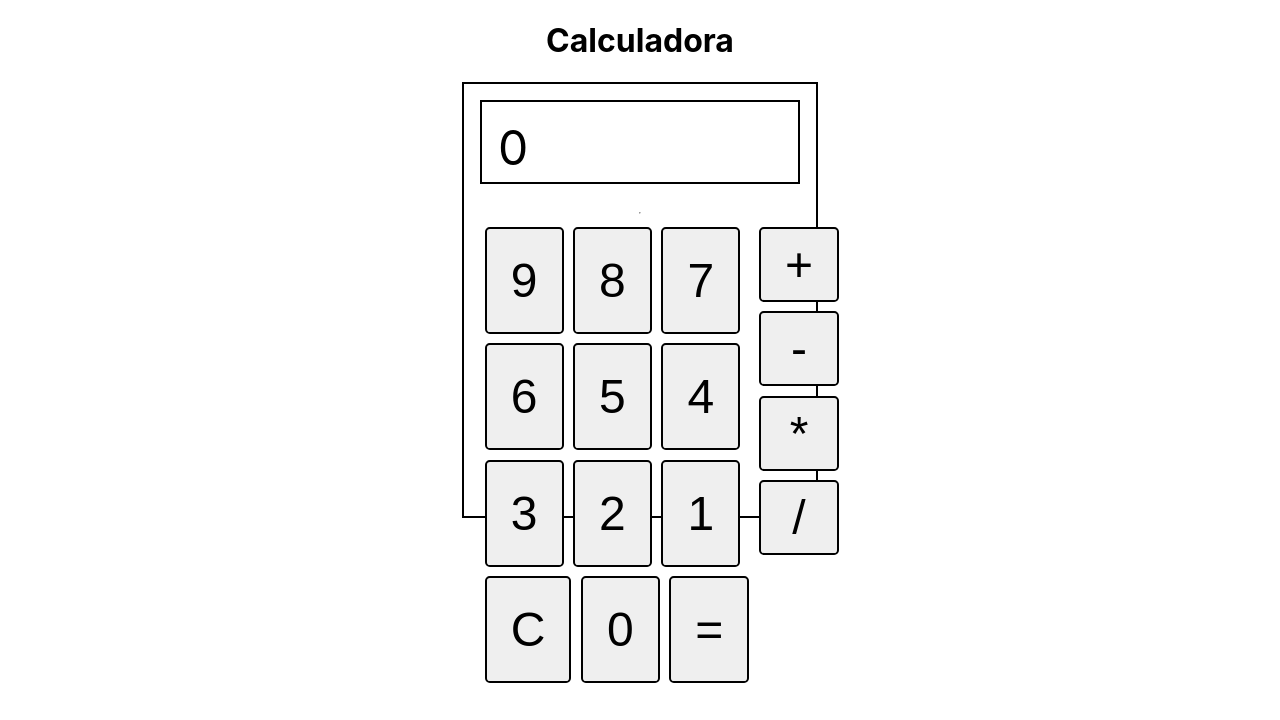
Repository: yamaka/curso-react-febrero-2022
Page: /
The author's editor kept a copy of each file at every save. The page is drawn from the files as they stood at one save, then again after the next save.
The browser window is 1280 px wide. The pictures show the whole page.
The project was rebuilt for these pictures with package versions that can differ from the ones it lists, and the page was loaded fresh each time. Also part of the build but not shown: src/App.css, src/components/Zanahoria/Zanahoria.css, src/components/Zanahoria/Zanahoria.js, src/components/Zanahorias/Zanahorias.js, src/components/Lechuga/Lechuga.css, src/components/Lechuga/Lechuga.js, src/components/Calculadora/Calculadora.css, src/components/Calculadora/Calculadora.js and 3 more.

Above is the page before, as saved 2022-03-02 19:19:40.

### src/index.js
import React from 'react';
import ReactDOM from 'react-dom';
import './index.css';
import App from './App';
import reportWebVitals from './reportWebVitals';

ReactDOM.render(
  <React.StrictMode>
    <App />
  </React.StrictMode>,
  document.getElementById('root')
);

// If you want to start measuring performance in your app, pass a function
// to log results (for example: reportWebVitals(console.log))
// or send to an analytics endpoint. Learn more: https://bit.ly/CRA-vitals
reportWebVitals();

### src/App.js
import logo from './logo.svg';
import './App.css';
import Zanahorias from './components/Zanahorias/Zanahorias';
import Lechuga from './components/Lechuga/Lechuga';
import Calculadora from './components/Calculadora/Calculadora';
import CiclosVida from './components/CiclosVida/CiclosVida';
import CalculadoraHooks from './hooks/Calculadora/Calculadora'

function App() {
  return (
    <div style={{
      display: 'flex',
      flexDirection: 'column',
      justifyContent: 'center',
      alignItems: 'center'
    }}>
      {/* componentes sin estado  */}
      {/* <h1>Componentes sin estado  funcionales</h1>
      <h2>Verduleria</h2>
      <Zanahorias titulo={"zanahorias super economicas"} cantidad={3} />  */}
        {/* hacer lo mismo con lechugas */}
      {/* componentes con estado */}
      {/* <h1>componentes con estado como clase</h1>
      <Calculadora/> */}
      {/* <CiclosVida/> */}
      <CalculadoraHooks/>
    </div>
  );
}

export default App;

### src/hooks/Calculadora/Calculadora.js
//componentes como funcionales con estado
import React, { useState } from "react";
import Input from "../components/Input/Input";
import BotonNumerico from "../components/BotonNumerico/BotonNumerico";
import BotonOperacion from "../components/BotonOperacion/BotonOperacion";
import BotonIgual from "../components/BotonIgual/BotonIgual";
import BotonRefrescar from "../components/BotonRefrescar/BotonRefrescar";

import "./Calculadora.css";

const Calculadora = () => {
  const [display, setDisplay] = useState("0");
  const [operandoA, setOperandoA] = useState(0);
  const [operandoB, setOperandoB] = useState(0);
  const [operacion, setOperacion] = useState("+");

  //   se puede tambien con objetos
  //   const [calculadora, setCalculadora] = useState({
  //     display: "0",
  //     operandoA: 0,
  //     operandoB: 0,
  //     operacion: "+",
  //   });

  //   setCalculadora({ ...calculadora, ...{ display: "0" } });

  const onPressNumerico = (numero) => {
    if (operandoA == 0) {
      setOperandoA(numero);
      setDisplay(numero);
    } else {
      setOperandoB(numero);
      setDisplay(display + numero);
    }
  };

  const onPressOperacion = (operacion) => {
    setOperacion(operacion);
    setDisplay(display + operacion);
  };

  const calcular = () => {
    switch (operacion) {
      case "+":
        setDisplay((parseInt(operandoA) + parseInt(operandoB)).toString());
    }
  };

  return (
    <div className="container">
      <h1>Calculadora</h1>
      <div className="calculadora-container">
        <Input value={display} />
        <br />
        <hr />
        <div
          style={{
            display: "flex",
            flex: 1,
            flexDirection: "row",
            justifyContent: "space-around",
          }}
        >
          <div style={{ display: "flex", flexDirection: "column" }}>
            <div style={{ display: "flex", flexDirection: "row" }}>
              <BotonNumerico value="9" onPress={onPressNumerico} />
              <BotonNumerico value="8" onPress={onPressNumerico} />
              <BotonNumerico value="7" onPress={onPressNumerico} />
            </div>
            <div style={{ display: "flex", flexDirection: "row" }}>
              <BotonNumerico value="6" onPress={onPressNumerico} />
              <BotonNumerico value="5" onPress={onPressNumerico} />
              <BotonNumerico value="4" onPress={onPressNumerico} />
            </div>
            <div style={{ display: "flex", flexDirection: "row" }}>
              <BotonNumerico value="3" onPress={onPressNumerico} />
              <BotonNumerico value="2" onPress={onPressNumerico} />
              <BotonNumerico value="1" onPress={onPressNumerico} />
            </div>
            <div style={{ display: "flex", flexDirection: "row" }}>
              <BotonRefrescar value="C" onPress={onPressNumerico} />
              <BotonNumerico value="0" onPress={onPressNumerico} />
              <BotonIgual onPress={calcular} />
            </div>
          </div>
          <div style={{ display: "flex", flexDirection: "column" }}>
            <BotonOperacion operator="+" onPress={onPressOperacion} />
            <BotonOperacion operator="-" onPress={onPressOperacion} />
            <BotonOperacion operator="*" onPress={onPressOperacion} />
            <BotonOperacion operator="/" onPress={onPressOperacion} />
          </div>
        </div>
      </div>
    </div>
  );
};

export default Calculadora;

### src/hooks/components/Input/Input.js
import React from 'react'
import './Input.css'
//tarea que los numeros introduciodps vayan a la derecha

const Input = ({value}) => {
  return (
    <div className='input-container'><span>{value}</span></div>
  )
}

export default Input

### src/hooks/components/BotonNumerico/BotonNumerico.js
import React from 'react'
import './BotonNumerico.css';
const BotonNumerico = ({value, onPress}) => {
  return (
    <button className='boton-numerico' onClick={()=>onPress(value)}>{value}</button>
  )
}

export default BotonNumerico

### src/hooks/components/BotonOperacion/BotonOperacion.js
import React from "react";
import "./BotonOperacion.css";

const BotonOperacion = ({ operator, onPress }) => {
  return (
    <button className="boton-operacion" onClick={() => onPress(operator)}>
      {operator}
    </button>
  );
};

export default BotonOperacion;

### src/hooks/components/BotonIgual/BotonIgual.js
import React from "react";

const BotonIgual = ({ onPress }) => {
  return (
    <button className="boton-numerico" onClick={() => onPress()}>
      =
    </button>
  );
};

export default BotonIgual;

### src/hooks/components/BotonRefrescar/BotonRefrescar.js
import React from "react";

function BotonRefrescar({ value, onPress }) {
  return (
    <button className="boton-numerico" onClick={() => onPress(value)}>
      {value}
    </button>
  );
}

export default BotonRefrescar;

### src/hooks/Calculadora/Calculadora.css
.container {
  display: flex;
  flex: 1;
  flex-direction: column;
  align-items: center;
}
.calculadora-container {
  padding: 1rem;
  border: solid 1px;
  border-width: 2px;
  display: flex;
  flex-direction: column;
  width: 20rem;
  height: 25rem;
}

### src/hooks/components/Input/Input.css
.input-container{
    border: solid 1px;
    border-width: 2px;
    height: 3rem;
    font-size: 3rem;
    padding: 1rem;
}

### src/hooks/components/BotonNumerico/BotonNumerico.css
.boton-numerico {
  border: solid 2px;
  padding: 1.5rem;
  border-radius: 0.3rem;
  font-size: 3rem;
  margin: 0.3rem;
}

### src/hooks/components/BotonOperacion/BotonOperacion.css
.boton-operacion {
  border: solid 2px;
  padding-top: 0.5rem;
  padding-bottom: 0.5rem;
  padding-left: 1.5rem;
  padding-right: 1.5rem;
  border-radius: 0.3rem;
  font-size: 3rem;
  margin: 0.3rem;
}

Loaded but not shown: public/index.html (common file); src/index.css (common file); src/reportWebVitals.js (common file)

After the next save:
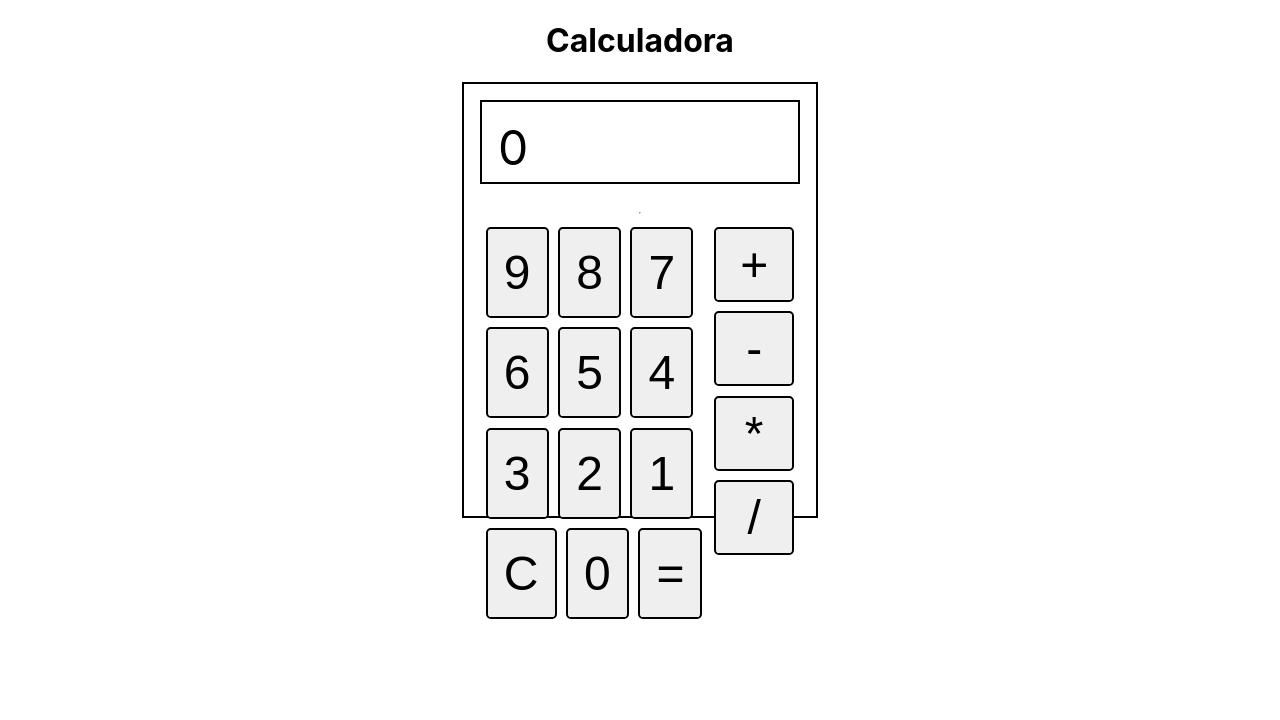
Saved 14 s later.
--- a/src/hooks/components/BotonNumerico/BotonNumerico.css
+++ b/src/hooks/components/BotonNumerico/BotonNumerico.css
@@ -1,6 +1,6 @@
 .boton-numerico {
   border: solid 2px;
-  padding: 1.5rem;
+  padding: 1rem;
   border-radius: 0.3rem;
   font-size: 3rem;
   margin: 0.3rem;
